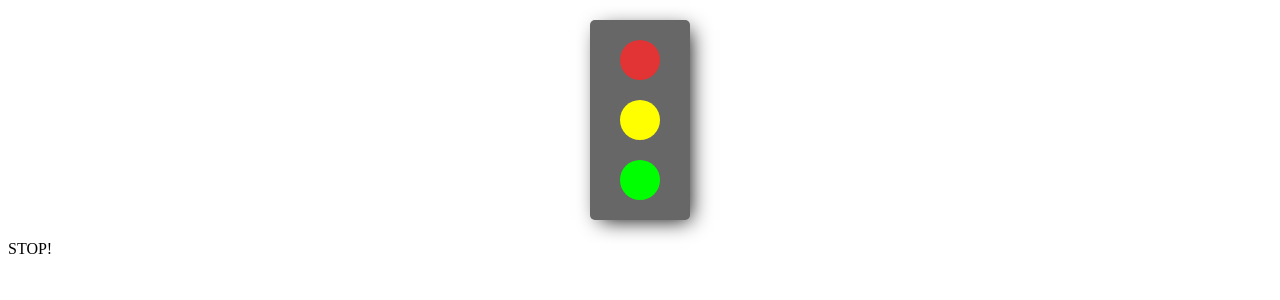
Repository: DoruFurtuna/skillup-semaphore-homework
Page: index.html
The author's editor kept a copy of each file at every save. The page is drawn from the files as they stood at one save, then again after the next save.
The browser window is 1280 px wide. The pictures show the whole page.

Above is the page before, as saved 2019-07-16 08:08:12.

After the next save:
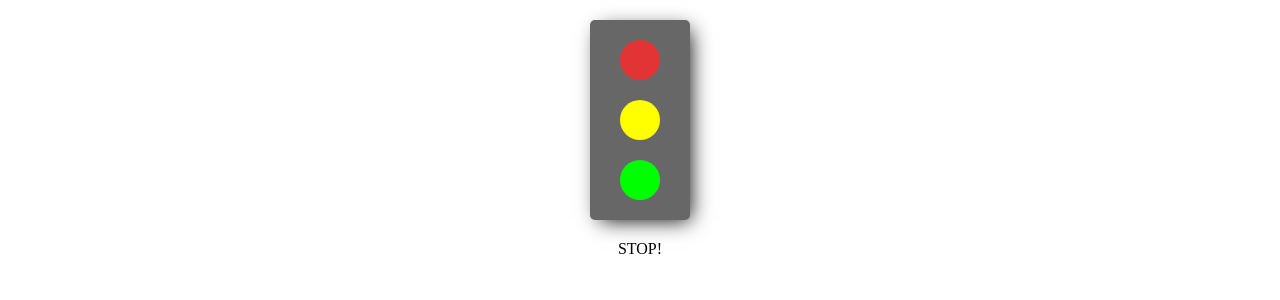
Saved 45 s later.
--- a/styles.css
+++ b/styles.css
@@ -1,3 +1,8 @@
+#message {
+  ont-size: 35px;
+  text-align: center;
+}
+
 #semaphore {
   height: 200px;
   width: 100px;
